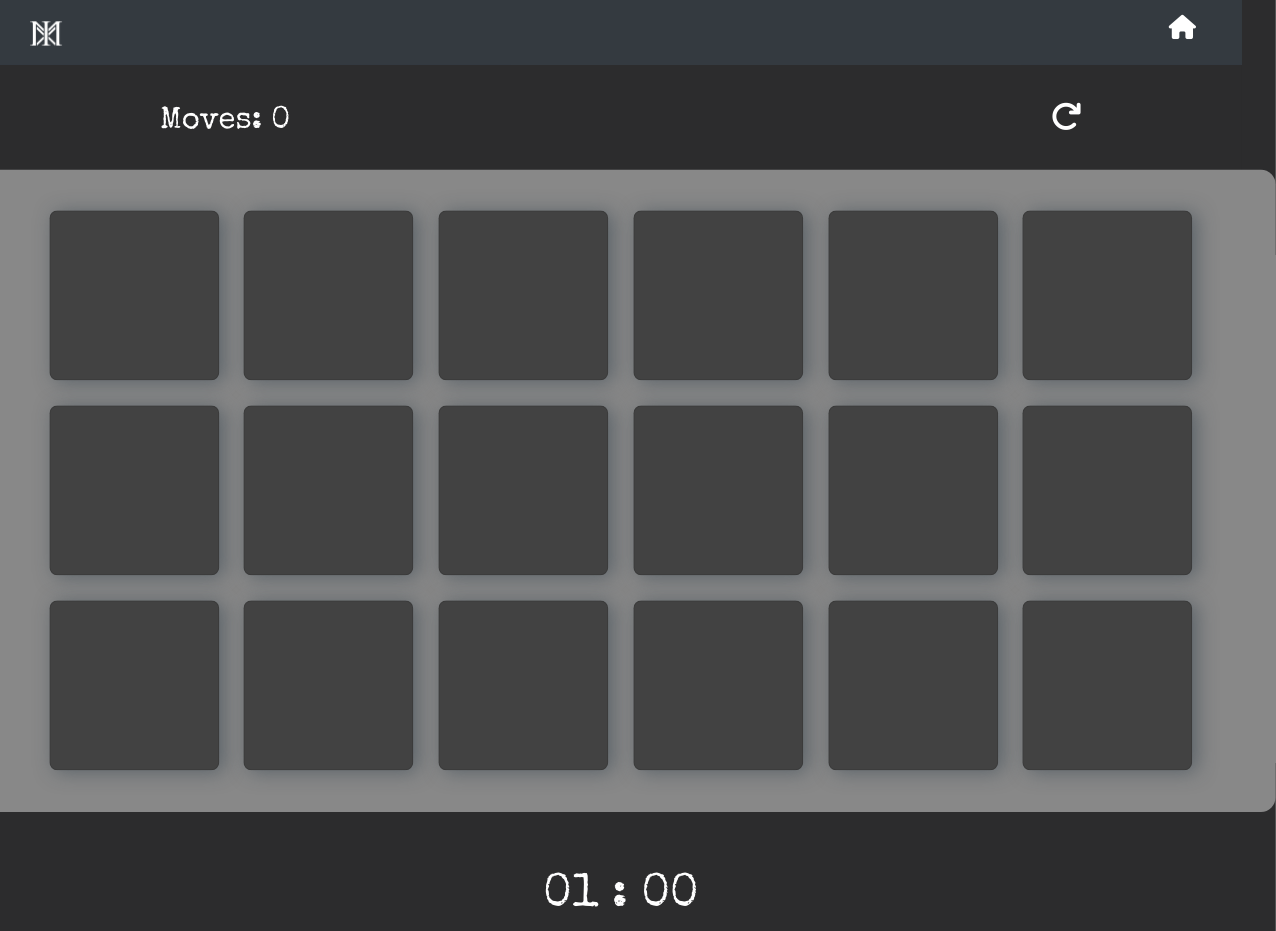
Repository: Code-Institute-Submissions/Milestone-25
Page: game.html
The author's editor kept a record of every edit. The page is drawn from the files as they stood at one moment, then again after the next edit.
The browser window is 1280 px wide. The page is 1315 px wide, so the pictures cover 1315 px, including what lies to the right of the window. The pictures show the whole page, at 97% of full size.
Some web libraries are served in a nearby version.

Above is the page before.

### game.html
<!DOCTYPE html>
<html lang="en">

<head>
  <meta charset="UTF-8">
  <meta name="viewport" content="width=device-width, initial-scale=1">
  <meta http-equiv="X-UA-Compatible" content="ie=edge">
  <link rel="stylesheet prefetch" href="https://stackpath.bootstrapcdn.com/bootstrap/4.4.1/css/bootstrap.min.css" integrity="sha384-Vkoo8x4CGsO3+Hhxv8T/Q5PaXtkKtu6ug5TOeNV6gBiFeWPGFN9MuhOf23Q9Ifjh" crossorigin="anonymous">
  <script src="https://kit.fontawesome.com/6ec9dff764.js" crossorigin="anonymous"></script>
  <link rel="stylesheet" href="assets/css/style.css">
  <title>Memoryphile Game</title>

</head>

<body>
  <!--Navbar with option to return to homescreen-->
  <nav class="navbar navbar-expand-md navbar-dark bg-dark sticky-top">
    <div class="container-fluid">
      <a class="navbar-brand"><img src="./assets/images/logo.png" class="logo" alt="Memoryphile Logo"></a>
      <a class="nav-link" href="./index.html"><i class="fa fa-home" alt="Home Page"></i></a>
    </div>
  </nav>

  <div class="gameContainer">
    <!-- section for move counter and restart -->
    <section class="requirements">
      Moves: <span class="moves">0</span>
      <div class="restart"><i id="replay-button3" class="fa fa-redo" alt="Replay Button"></i></div>
    </section>
    <ul class="gamedeck"></ul>
  </div>

  <!-- mission success overlay -->
  <div id="success" class="overlay d-none">
    <div class="box">
      <h2 class="title">Mission Success</h2>
      <p class="instructions">Excellent work Agent. You beat the system in only <span id=totaltime> </span> seconds with <span id=totalmoves> </span> moves. The Extraction Team has received your coordinates and is on route - while you wait, why not give the test another go?
        Just for fun this time. See you soon, <br> G.M.</p>
      <button id="replay-button" type="button" class="btn btn-replay btn-block" alt="Replay Button">REPLAY MISSION</button>
    </div>
  </div>

  <!-- mission failure overlay -->
  <div id="failure" class="overlay d-none">
    <div class="box">
      <h2 class="title">Mission Failure</h2>
      <p class="instructions">Agent. AGENT. This is not good. I've managed to get a softlock on your loaction, but can't confirm extraction until I've received your coordinates. Try again.</p>
      <p class="instructions">And Agent? No mistakes this time.</p>
      <button id="replay-button2" type="button" class="btn btn-replay btn-block" alt="Replay Button">REPLAY MISSION</button>
    </div>
  </div>

  <!-- overlay for portrait play -->
  <div id="onlyportrait" class="overlay">
    <div class="box">
      <p class="verticalinstructions">Agent, your device needs to be held vertically (in portrait mode) to proceed. If it is already vertical, it may be that your device is not the correct dimensions. Reload - we don't have time to waste. </p>
    </div>
  </div>

  <!-- section for timer -->
  <section class="requirements-timer">
    0<span class="timer minute">1</span> : <span class="timer seconds">00</span>
  </section>

  <script src='https://cdnjs.cloudflare.com/ajax/libs/jquery/2.2.1/jquery.min.js'></script>
  <script src="./assets/js/main.js"></script>
  <script src="https://stackpath.bootstrapcdn.com/bootstrap/4.4.1/js/bootstrap.bundle.min.js" integrity="sha384-6khuMg9gaYr5AxOqhkVIODVIvm9ynTT5J4V1cfthmT+emCG6yVmEZsRHdxlotUnm" crossorigin="anonymous"></script>
</body>

</html>

### assets/css/style.css
@import url('https://fonts.googleapis.com/css?family=Homemade+Apple|Special+Elite&display=swap');

/* ==============STYLING==============*/

/*--------HTML, BODY Styling-----*/

html,
body {
    height: 100%;
    width: 100%;
    font-family: 'Special Elite', sans-serif;
    color: #fff;
    background-color: #2c2c2d;
    box-sizing: border-box;
}

/*------------BUTTON STYLING--------*/

.btn-secondary {
    background-color: #c30e0e;
    border-color: #c30e0e;
    margin-top: 10%;
    margin-bottom: 10%;
    font-size: 350%;
    padding-top: 1.5%;
}


/*------------Instructions STYLING--------*/

.instructions {
    font-size: 150%;
    display: inline-block;
    margin-left: 6%;
    margin-right: 6%;
}


/*--------------GAME.html styling---------*/

*,
*::before,
*::after {
    box-sizing: inherit;
}


.gameContainer {
    /* Flexbox */
    flex-direction: column;
    display: flex;
    justify-content: center;
    align-items: center;
}

.logo {
    height: 25px;
}

.nav-link {
    padding-top: 5px;
    color: #fff;
    font-size: 25px;
}

a:hover {
    color: #424242;
    text-decoration: none;
}


/*------------REQUIRMENTS Styling--------*/

.requirements {
    text-align: left;
    margin-top: 35px;
    margin-bottom: 25px;
    width: 950px;
    font-size: 200%;

}

.requirements .timer {
    float: left;
}

.requirements .restart {
    float: right;
}

.requirements .moves {
    float: inherit;
}

.requirements-timer {
    text-align: center;
    margin-top: 35px;
    font-size: 300%;
}


/*------------GAMEDECK Styling ---------*/

.gamedeck {
    min-height: 600px;
    width: 1350px;
    background: #888888;
    border-radius: 15px;
    padding: 30px;
    /* Flexbox */
    display: flex;
    flex-wrap: wrap;
    justify-content: center;
    align-items: center;
}

.gamedeck .card {
    height: 175px;
    width: 175px;
    background: #424242;
    border-radius: 8px;
    box-shadow: 5px 2px 20px 0 rgba(46, 61, 73, 0.5);
    margin: 1%;
    /* shrink font so that when a card is 'flipped', font enlarges */
    font-size: 0;
    color: #ffffff;
    display: flex;
    justify-content: center;
    align-items: center;
    /* add cursor to indicate interactivity to user */
    cursor: pointer;
}

/* for click reveal */

.gamedeck .card.open {
    transform: rotateY(0) !important;
    font-size: 75px;
    background: #421a1a;
    /* fix for webpages */
    -webkit-backface-visibility: visible !important;
    backface-visibility: visible !important;
    /* return cursor to default to inform user card is no longer clickable */
    cursor: default;
}

.gamedeck .card.show {
    font-size: 75px;
    display: inherit!important;
}

.gamedeck .card.close {
    pointer-events: none;
    opacity: 0.9;
}

.gamedeck .card.matched {
    cursor: default;
    background: #523632;
    font-size: 75px;
}

/*--------------------Overlay Styling -------------*/

.title {
    display: inline-block;
    margin-left: 6%;
    margin-right: 6%;
    font-size: 400%;
}

.overlay {
    background: rgba(0, 0, 0, 0.7);
    position: fixed;
    top: 0;
    bottom: 0;
    left: 0;
    right: 0;
}

.box {
    font-size: 125%;
    color: #000000;
    margin: 7%;
    padding: 5%;
    background: #ffffff;
    border-radius: 10px;
    position: relative;
}

.btn-replay {
    background-color: #c30e0e;
    border-color: #c30e0e;
    font-size: 175%;
    color: #ffffff;
    margin-left: 12%;
    padding-top: 1.5%;
    width: 75%;
}

#onlyportrait {
    visibility: hidden;
}

/* ==============  MEDIA QUERIES   ==============*/

/*--------Bootstrap Breakpoints---------*/

/* xs devices (<576px) = default in Bootstrap (hence no media query)

sm devices (>576px) = @media max-width: 576px

md devices (>768px) = @media max-width: 768px

lg devices (>1020px) = @media max-width: 1020px

xl devices (>1200px) = @media max-width: 1200px
*/

/*--------Media Queries--------*/

@media (max-width: 1025px) and (orientation: landscape) {

    .gamedeck {
        min-height: 00px;
        width: 900px;
    }

    .gamedeck .card {
        height: 100px;
        width: 105px;
    }

    .requirements {
        width: 950px;
        font-size: 200%;
        margin-bottom: 10px;
        margin-top: 30px;
    }

    .requirements-timer {
        margin-top: 5px;
    }

    .title {
        font-size: 300%;
    }

    .gamedeck .card.show {
        font-size: 60px;
    }
    .gamedeck .card.matched {
        font-size: 60px;
    }

    .box {
        margin-top: 7%;
    }

}

/* TABLET portrait */

@media (max-width: 768px) and (orientation: portrait) {

    .gamedeck {
        min-height: 00px;
        width: 730px;
        justify-content: flex-start;
    }

    .gamedeck .card {
        height: 120px;
        width: 98px;
    }

    .requirements {
        width: 700px;
        font-size: 200%;
    }

    .title {
        font-size: 300%;
    }

    .gamedeck .card.show {
        font-size: 60px;
    }

    .gamedeck .card.matched {
        font-size: 60px;
    }
}


/* SMARTPHONES landscape */

@media (max-width: 750px) and (orientation: landscape) {
    #onlyportrait {
        visibility: visible;
    }

}


/* SMARTPHONES PORTRAIT */

@media only screen and (max-width: 415px) and (orientation: portrait) {

    .navbar {
        padding: 0px;
    }

    .navbar-brand {
        margin-left: 10px;
    }

    .nav-link {
        padding-right: 10px;
    }


    .gamedeck {
        min-height: 00px;
        width: 325px;
        justify-content: center;
        padding-top: 5px;
        padding-bottom: 5px;

    }

    .gamedeck .card {
        height: 70px;
        width: 75px;
    }

    .gamedeck .card.show {
        font-size: 55px;
    }

    .gamedeck .card.matched {
        font-size: 55px;
    }

    .requirements-timer {
        margin-top: 0px;
        font-size: 200%;
    }

    .requirements {
        margin-top: 0px;
        margin-bottom: 0px;
        width: 320px;
        font-size: 150%;
        padding-top: 5px;
    }

    .box {
        margin: 0%;
        padding-top: 10%;
        font-size: 100%;

    }
}

### assets/js/main.js
window.onload = function() {


  // =================================HOUSEKEEPING=========================== //
  // streamlining
  let cards = ['bomb', 'bomb', 'landmark', 'landmark', 'search', 'search', 'question-circle', 'question-circle', 'fighter-jet', 'fighter-jet', 'binoculars', 'binoculars', 'user-secret', 'user-secret', 'biohazard', 'biohazard', 'skull', 'skull'],
    $gameContainer = $('.gameContainer'),
    $gamedeck = $('.gamedeck'),
    opened = [],
    gamedeck = cards.length / 2,
    delay = 300,
    matchcount = 0,

    $countmoves = $('.moves'),
    countmoves = 0;

  // =================================START GAME=========================== //
  function startgame() {
    //calls the shuffle function on the cards array
    let fullDeck = shuffle(cards);
    $gamedeck.empty();
    //the idea here is to loop through all fontawesome 'icons' stored in 'cards' array, adding the html class of 'card'
    // (and hence the corresponding css styling), then to add each individiual array item as an actual fa icon
    // inspired by https://codepen.io/eliortabeka/pen/WwzEEg
    for (let i = 0; i < fullDeck.length; i++) {
      $gamedeck.append($('<li class="card"><i class="fa fa-' + fullDeck[i] + '"></i></li>'));
    }
    //calls the card listner function
    addCardListener();
  }

  // =================================CARD SHUFFLE=========================== //
  // on page open, or on restart, cards are reshuffled
  // Shuffling function: from http://stackoverflow.com/a/2450976
  function shuffle(array) {
    let currentIndex = array.length,
      temporaryValue, randomIndex;

    while (currentIndex !== 0) {
      randomIndex = Math.floor(Math.random() * currentIndex);
      currentIndex -= 1;
      temporaryValue = array[currentIndex];
      array[currentIndex] = array[randomIndex];
      array[randomIndex] = temporaryValue;
    }
    return array;
  }

  // =================================CLICK TO VIEW=========================== //
  //binds all items with class 'card' to click function
  let addCardListener = function() {
    $gamedeck.find('.card').bind('click', function() {
      let $this = $(this);
      if ($this.hasClass('matched') || $this.hasClass('show') || $this.hasClass('locked')) { return true; }

      //need to add check for the existing classes of show and/or matched
      // i.e. should only push cards to opened if they have these classes
      //if $this.hasClass?
      //('show') && ('matched')
      //('show') || ('matched')
      //should be true *****BEFORE*****
      let card = $this.context.innerHTML;
      $this.addClass('open show');
      opened.push(card);


      //check for matching cards
      //if a card has already been clicked (i.e. the opened array contains a card i.e. has an array
      //length greater than one (opened.length > 1)
      if (opened.length > 1) {
        if (card === opened[0]) {
          //then I need to parse the gamedeck to find any item with the class 'open', and add class of 'matched'
          //to that item.
          $gamedeck.find('.open').addClass('matched');
          $gamedeck.find('.open').removeClass('open');
          //but only do this if that card *is already in gamedeck*.
          //if open card is not already in game deck, I should add a 'nonmatched' class.
          matchcount++;
          if (matchcount == 9) {
            wingame(matchcount);
          }
        }
        else {
          //okay, so once matched/nonmatched are added, the open/show class needs to be removed,
          // so that the card closes
          $gamedeck.find('.open').addClass('nonmatched');
          //need to put some delays in to give the user some time to visually register the events
          $gamedeck.find('.card').addClass('locked');
          setTimeout(function() {
            $gamedeck.find('.open').removeClass('open show');
            $gamedeck.find('.card').removeClass('locked');
          }, delay);
        }

        opened = [];
        delay = 500;
        //increases move counter
        countmoves++;
        //displayes move counter to html for player
        $countmoves.html(countmoves);
      }

    });
  };

  // =================================END GAME=========================== //

  //win game overlay displayed
  function wingame(matchcount) {
    let missionsuccess = document.getElementById('success');
    missionsuccess.classList.remove('d-none');

    //show time + moves on overlay
    let count = parseInt($('.seconds').html());
    document.getElementById('totalmoves').innerHTML = (parseInt(countmoves) + 1);
    //shows time player has taken - NOT how much time left on clock.
    document.getElementById('totaltime').innerHTML = (60 - parseInt(count));
  }

  // lose game overlay displayed
  function failgame(count, countmove) {
    if (count == 0) {
      let failure = document.getElementById('failure');
      failure.classList.remove('d-none');
    }
    else if (countmoves == 21) {
      let failure = document.getElementById('failure');
      failure.classList.remove('d-none');
    }
  }


  // =================================TIMER COUNTDOWN=========================== //
  // on page click, 1 minute timer begins countdown

  let tickingclock = function() {
    $('.minute').html('0');
    let countmin = parseInt($('.minute').html());
    if (countmin == 0) {
      $('.seconds').html('60');
    }
    setInterval(updatetime, 1000);
  };

  let updatetime = function() {
    $('.seconds').each(function() {
      let count = parseInt($(this).html());
      let countmoves = parseInt($('.moves').html());
      if (matchcount != 9) {
        if (countmoves < 21) {
          if (count !== 0) {
            if (count < 11) {
              $(this).html('0' + (count - 1));
            }
            else {
              $(this).html(count - 1);
            }
          }
        }
        failgame(count, countmoves);
      }
    });
  };


  let firstclick = false;
  $('body').bind('click', function() {
    if (firstclick == false) {
      tickingclock();
      updatetime();
    }
    firstclick = true;
  });


  // =================================RESET FUNCTION=========================== //

  let replay = document.getElementById('replay-button');
  let replay2 = document.getElementById('replay-button2');
  let replay3 = document.getElementById('replay-button3');

  document.getElementById('replay-button').addEventListener('click', function() {
    window.location.reload();
  });

  document.getElementById('replay-button2').addEventListener('click', function() {
    window.location.reload();
  });

  document.getElementById('replay-button3').addEventListener('click', function() {
    window.location.reload();
  });



var el = document.getElementById('overlayBtn');
if(el){
  el.addEventListener('click', swapper, false);
}

  startgame();
};

After the next edit:
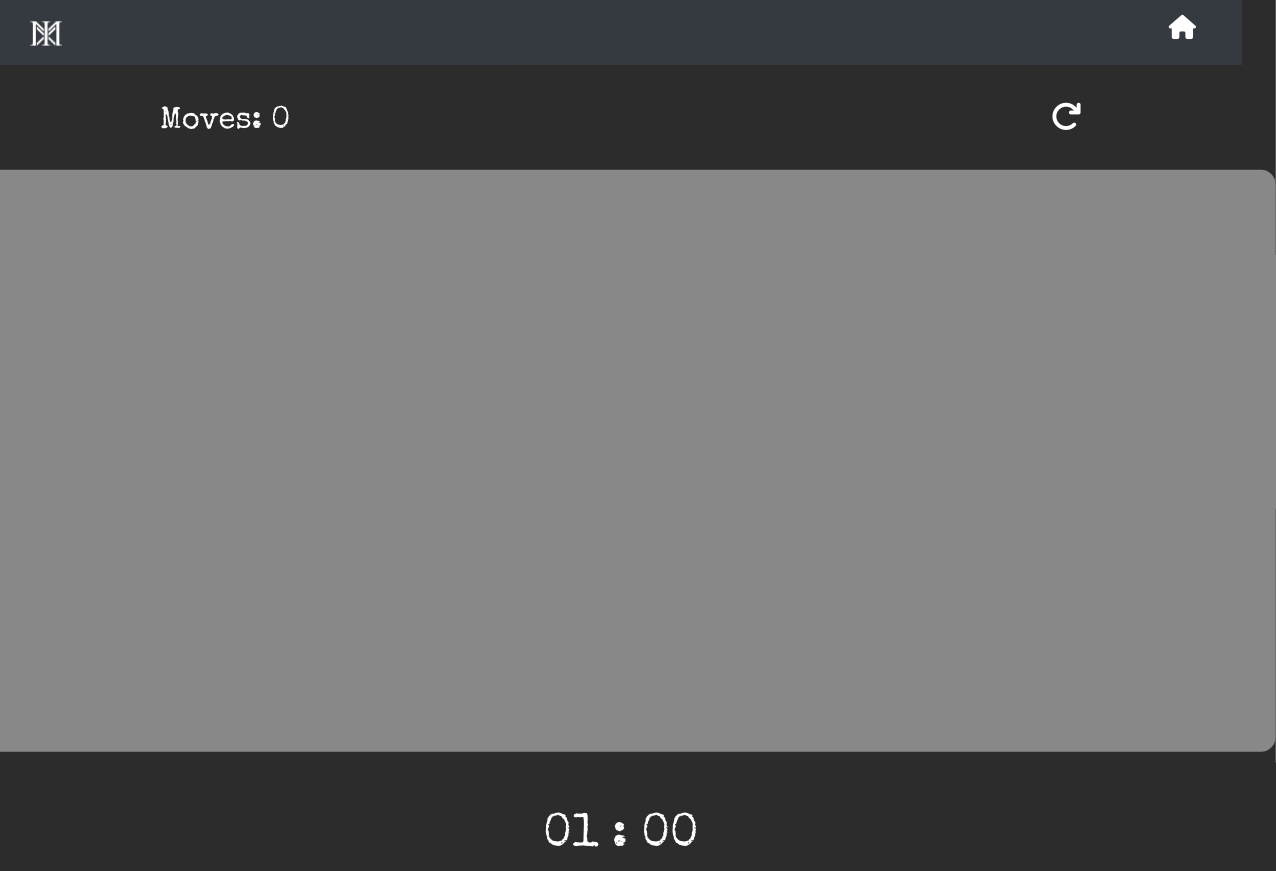
Console error: SyntaxError: Unexpected end of input
The edit:
--- a/assets/js/main.js
+++ b/assets/js/main.js
@@ -179,7 +179,8 @@
   let replay2 = document.getElementById('replay-button2');
   let replay3 = document.getElementById('replay-button3');
 
-  document.getElementById('replay-button').addEventListener('click', function() {
+  if (replay){
+    replay.addEventListener('click', function() {
     window.location.reload();
   });
 

After the edit that followed:
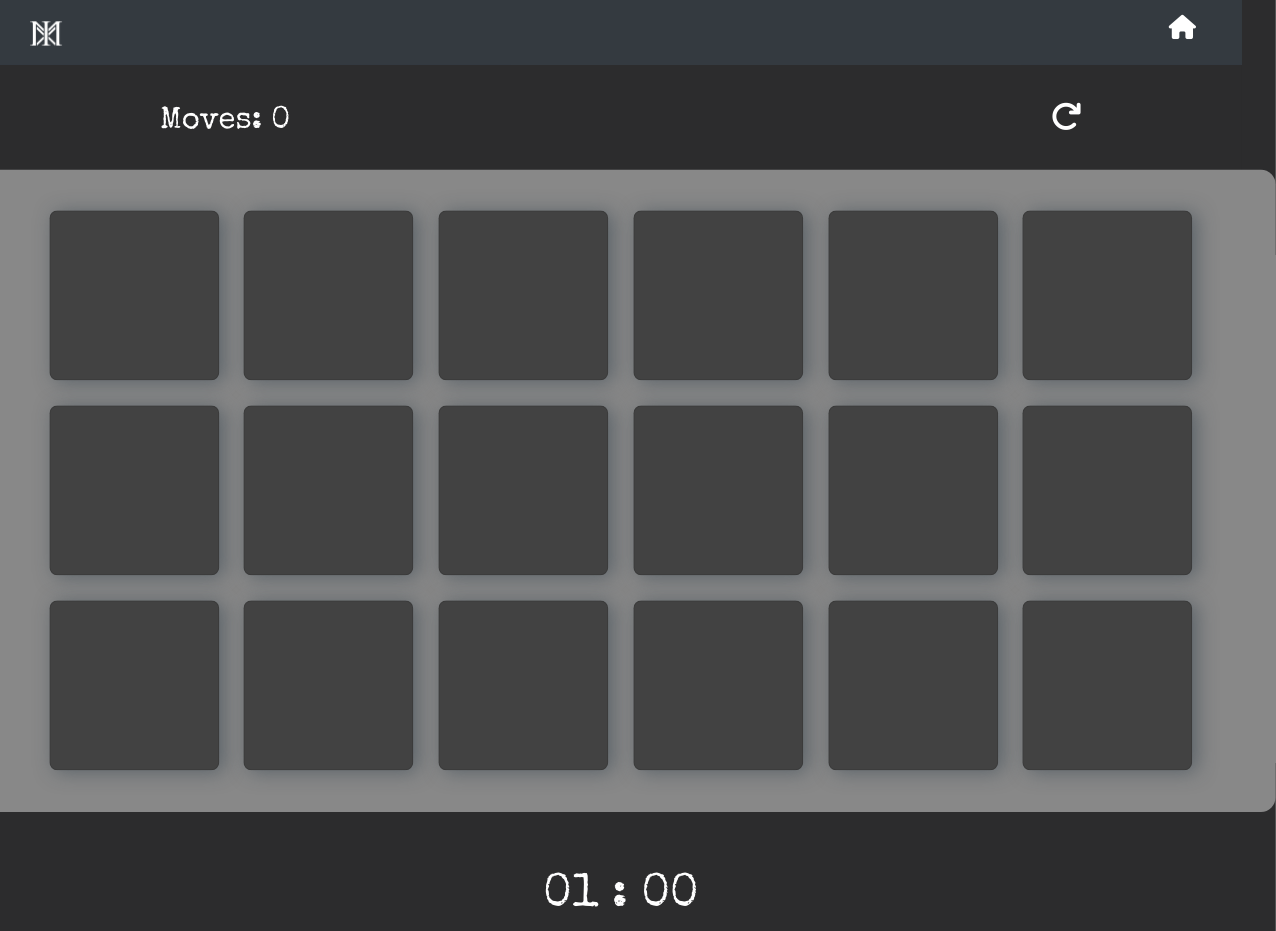
The error is gone.
The edit:
--- a/assets/js/main.js
+++ b/assets/js/main.js
@@ -183,6 +183,7 @@
     replay.addEventListener('click', function() {
     window.location.reload();
   });
+  }
 
   document.getElementById('replay-button2').addEventListener('click', function() {
     window.location.reload();
